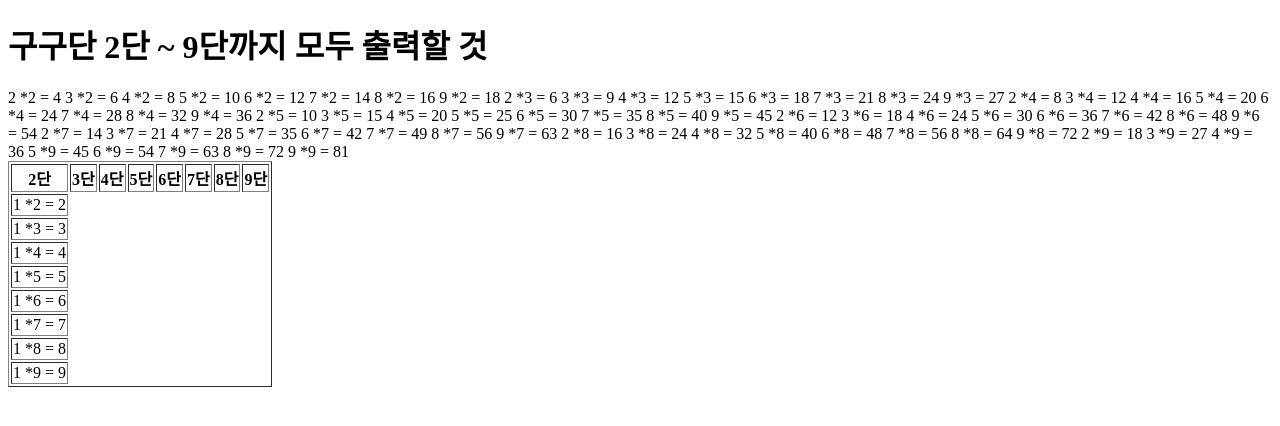
Repository: junirang330/Jsp2026
Page: http://localhost/chapter01/test02.jsp
An editor plug-in stored every save of this project. The page is shown before and after the next save, followed by the edit.
The browser window is 1280 px wide. The pictures show the whole page.
The page is served by Tomcat 9.

Above is the page before, as saved 2026-10-16 04:22:48.

After the next save:
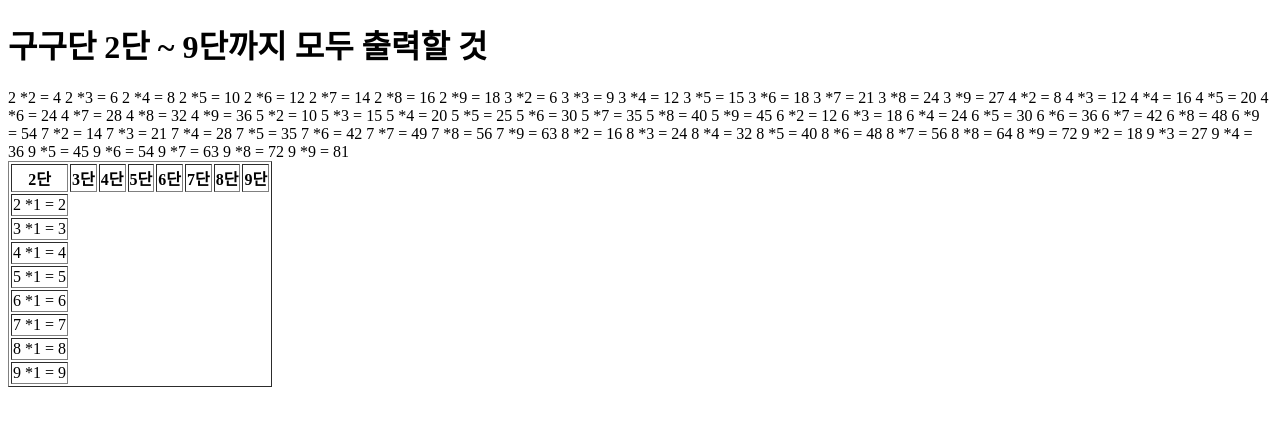
Saved 18 s later.
--- a/chapter01/src/main/webapp/test02.jsp
+++ b/chapter01/src/main/webapp/test02.jsp
@@ -21,7 +21,7 @@
 	<td>
 	<% for(int i = 1; i<=9; i++){ %>
 
-		<%=i %> *<%=j %> = <%= i*j %>
+		<%=j %> *<%=i %> = <%= j*i %>
 
 	</td>
 	<%
